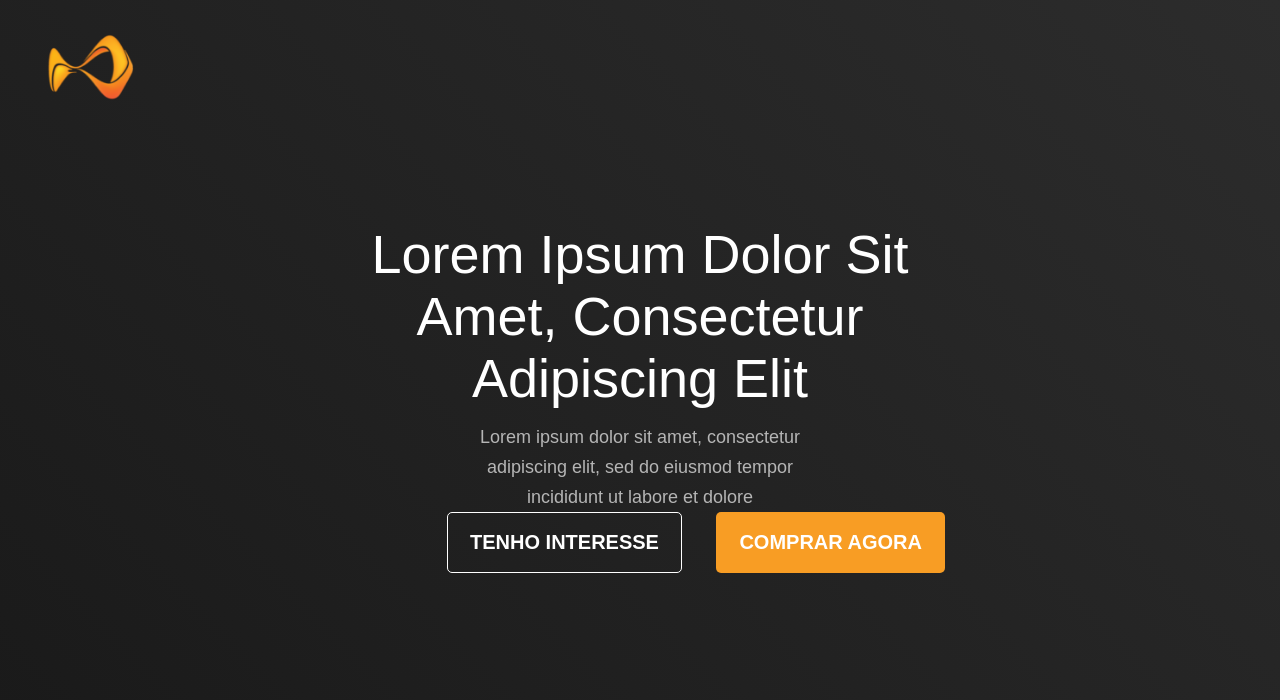
Repository: Rafael-Araujo-dev/Treinamento-Raccoon
Page: Projeto-2/index.html
These files come from the project's save history. The page is drawn as it stood at one moment and after a run of saves; the edit follows.
The browser window is 1280 px wide. The pictures show the whole page.
Some web fonts or font styles are not loaded; a fallback is used.

Above is the page before, as saved 2021-09-23 07:32:01.

After the next 4 saves:
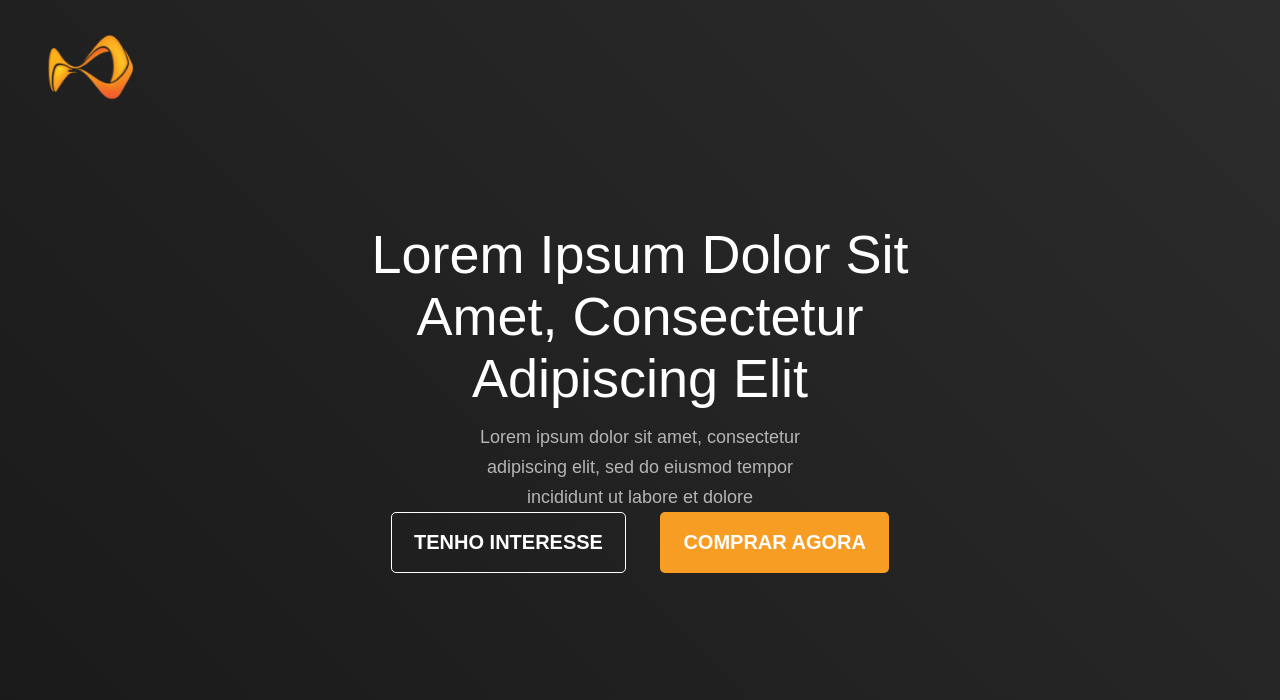
The 4 saves are shown as one change because they came seconds apart.
The last was saved 20 s later.
--- a/Projeto-2/css/style.css
+++ b/Projeto-2/css/style.css
@@ -157,5 +157,5 @@
 .hero-btn-group {
     margin-bottom: 12vh;
     text-align: center;
-    align-self: end;
+    justify-self: end;
 }
